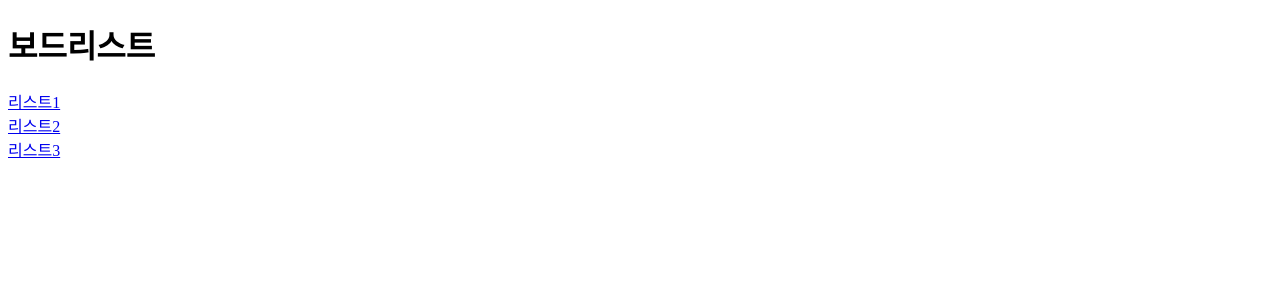
Repository: SeungwanHong/Web-jsp-
Page: http://localhost/Board2_20170406/form/board_list.jsp
An editor plug-in stored every save of this project. The page is shown before and after a run of saves, followed by the edit.
The browser window is 1280 px wide. The pictures show the whole page.
The page is served by Tomcat 9. Other server files are loaded and not shown.

Above is the page before, as saved 2017-04-07 08:12:01.

### Board2_20170406/WebContent/form/board_list.jsp
<%@page import="hsw.comm.Url"%>
<%@ page language="java" contentType="text/html; charset=EUC-KR"
    pageEncoding="EUC-KR"%>
<!DOCTYPE html PUBLIC "-//W3C//DTD HTML 4.01 Transitional//EN" "http://www.w3.org/TR/html4/loose.dtd">
<html>
<head>
<meta http-equiv="Content-Type" content="text/html; charset=EUC-KR">
<title>list page</title>
</head>
<body>
<h1>보드리스트</h1>
<h1><a href="<%= Url.URL_FULL_LOGINOUT%>"></a></h1>
<a href="<%= Url.URL_FULL_BOARDCONTENT %>?indx=1">리스트1</a><br/>
<a href="<%= Url.URL_FULL_BOARDCONTENT %>?indx=2">리스트2</a><br/>
<a href="<%= Url.URL_FULL_BOARDCONTENT %>?indx=3">리스트3</a><br/>
</body>
</html>

After the next 2 saves:
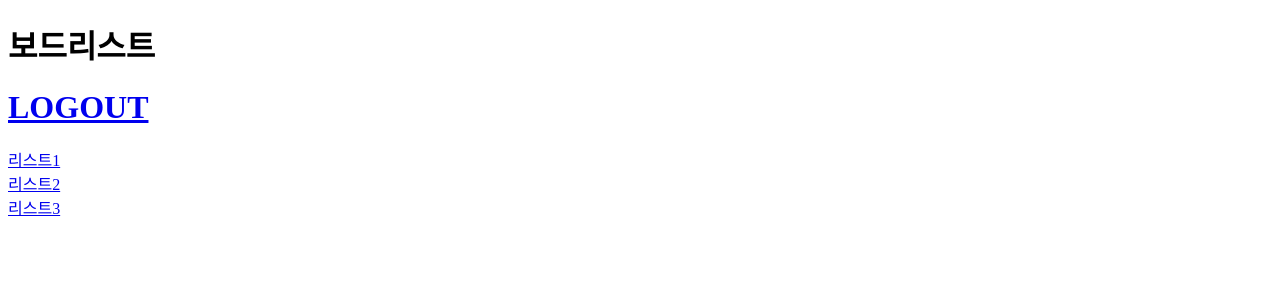
The 2 saves are shown as one change because they came seconds apart.
The last was saved 77 s later.
--- a/Board2_20170406/WebContent/form/board_list.jsp
+++ b/Board2_20170406/WebContent/form/board_list.jsp
@@ -9,7 +9,7 @@
 </head>
 <body>
 <h1>보드리스트</h1>
-<h1><a href="<%= Url.URL_FULL_LOGINOUT%>"></a></h1>
+<h1><a href="<%= Url.URL_FULL_LOGINOUT%>">LOGOUT</a></h1>
 <a href="<%= Url.URL_FULL_BOARDCONTENT %>?indx=1">리스트1</a><br/>
 <a href="<%= Url.URL_FULL_BOARDCONTENT %>?indx=2">리스트2</a><br/>
 <a href="<%= Url.URL_FULL_BOARDCONTENT %>?indx=3">리스트3</a><br/>
